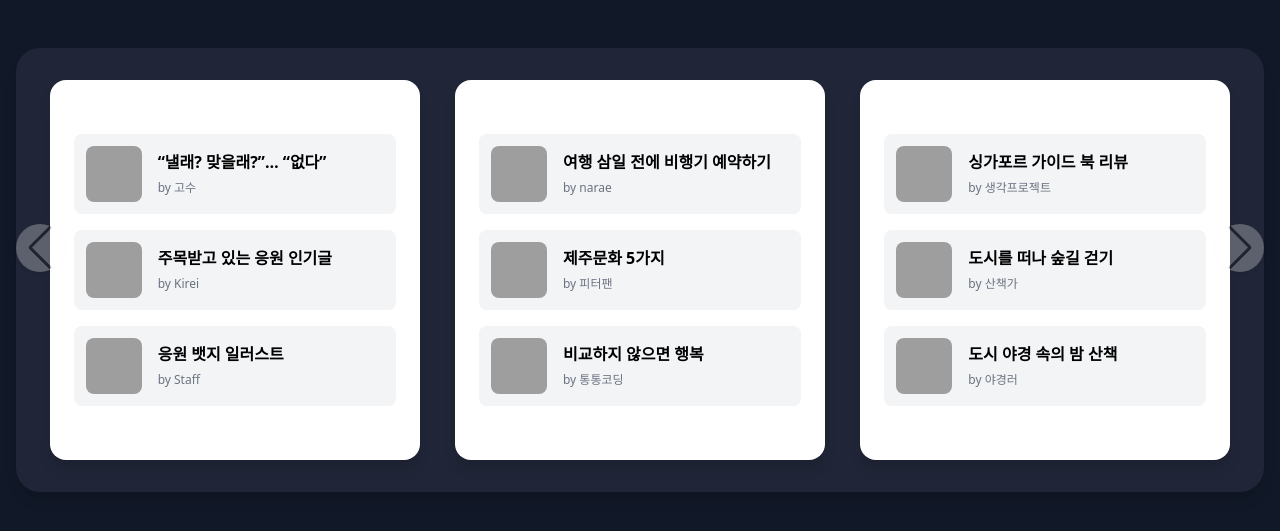
Repository: hyerim1234/travelblog
Page: html/slide2.html
The author's editor kept a copy of each file at every save. The page is drawn from the files as they stood at one save, then again after the next save.
The browser window is 1280 px wide. The pictures show the whole page.
Pictures or frames that could not be fetched are drawn as grey boxes. Some web libraries are served in a nearby version.

Above is the page before, as saved 2025-06-05 12:15:57.

After the next save:
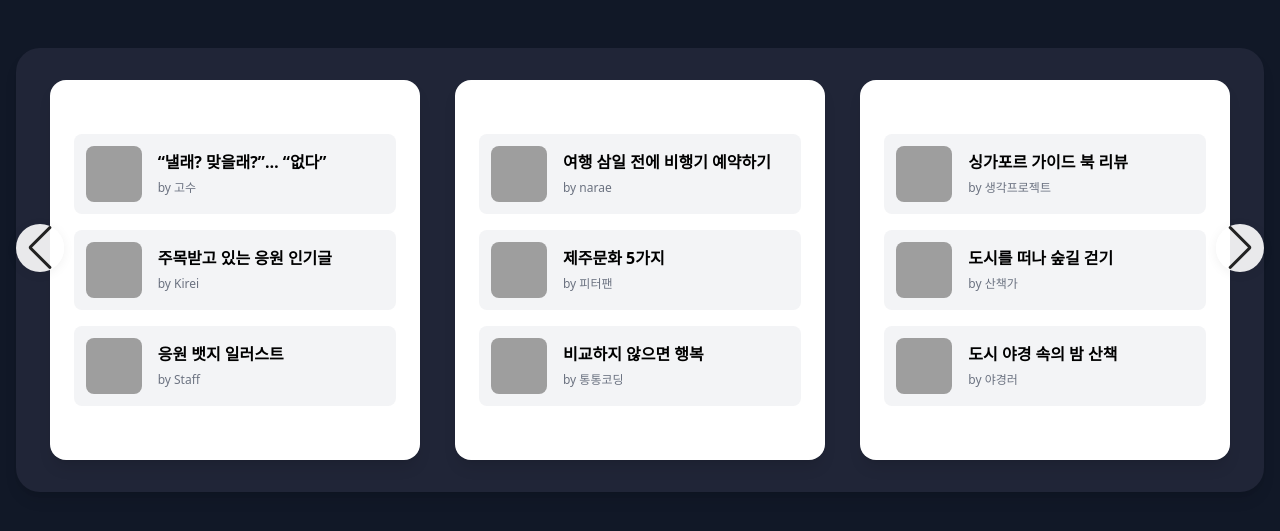
Saved 17 min 42 s later.
--- a/html/slide2.html
+++ b/html/slide2.html
@@ -144,7 +144,6 @@
                 </div>
               </div>
             </div>
-            <!-- ...더 추가 가능 -->
           </div>
         </div>
         <!-- 네비게이션/페이지네이션은 Swiper 밖에 위치! -->
@@ -161,6 +160,7 @@
       slidesPerView: 3,
       slidesPerGroup: 3,
       spaceBetween: 32,
+      loop: true, // << 이 부분이 핵심입니다!
       centeredSlides: false,
       navigation: {
         nextEl: '.swiper-button-next',
@@ -175,9 +175,9 @@
         },
       },
       breakpoints: {
-        1280: { slidesPerView: 3, slidesPerGroup: 3, spaceBetween: 32 },
-        1024: { slidesPerView: 2, slidesPerGroup: 2, spaceBetween: 24 },
-        640:  { slidesPerView: 1, slidesPerGroup: 1, spaceBetween: 16 },
+        1280: { slidesPerView: 3, slidesPerGroup: 3, spaceBetween: 32, loop: true },
+        1024: { slidesPerView: 2, slidesPerGroup: 2, spaceBetween: 24, loop: true },
+        640:  { slidesPerView: 1, slidesPerGroup: 1, spaceBetween: 16, loop: true },
       },
     });
   </script>
